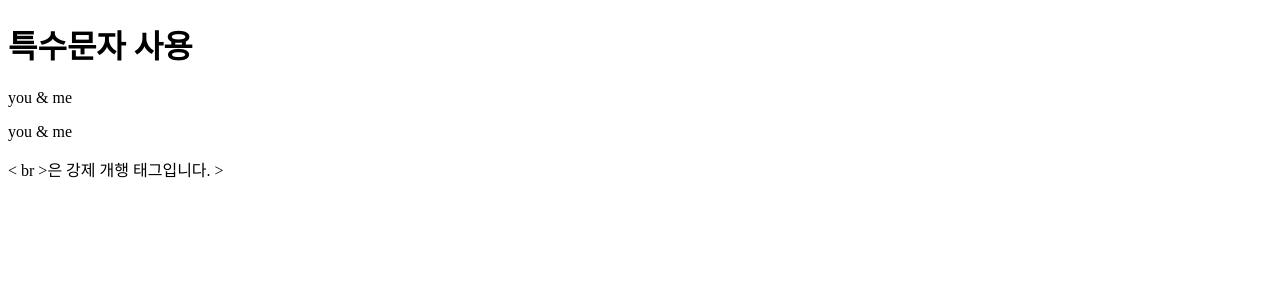
Repository: masima305/html_study
Page: Ex_1220/WebContent/day1/entity_tag.html
An editor plug-in stored every save of this project. The page is shown before and after the next save, followed by the edit.
The browser window is 1280 px wide. The pictures show the whole page.

Above is the page before, as saved 2017-12-20 05:48:02.

### Ex_1220/WebContent/day1/entity_tag.html
<!DOCTYPE html>
<html>
	<head>
		<meta charset="UTF-8">
		<title>Insert title here</title>
	</head>
	<body>
		<!-- 특수문자 < > ""등 특수문자는 자칫 태그로 인식하는 경우가 있어 이를 구별하기 위해
		entity 코드를 사용한다. -->

		<h1>특수문자 사용</h1>
		<p> you & me </p>
		<p> you &amp; me</p>


		<p>
			&lt; br &gt;은 강제 개행 태그입니다.
			<!-- little than < -->
			<!--  greater than > -->>

		</p>

	</body>
</html>

After the next save:
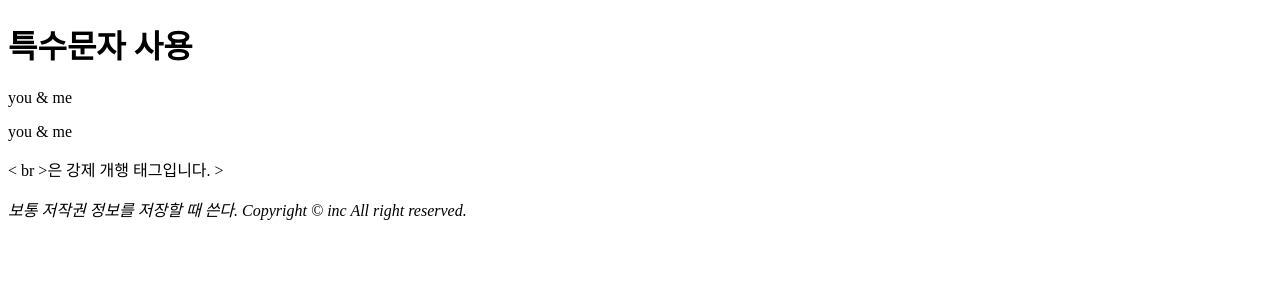
Saved 109 s later.
--- a/Ex_1220/WebContent/day1/entity_tag.html
+++ b/Ex_1220/WebContent/day1/entity_tag.html
@@ -20,5 +20,11 @@
 
 		</p>
 
+		<address>
+			보통 저작권 정보를 저장할 때 쓴다.
+
+			Copyright &copy; inc All right reserved.
+		</address>
+
 	</body>
 </html>
